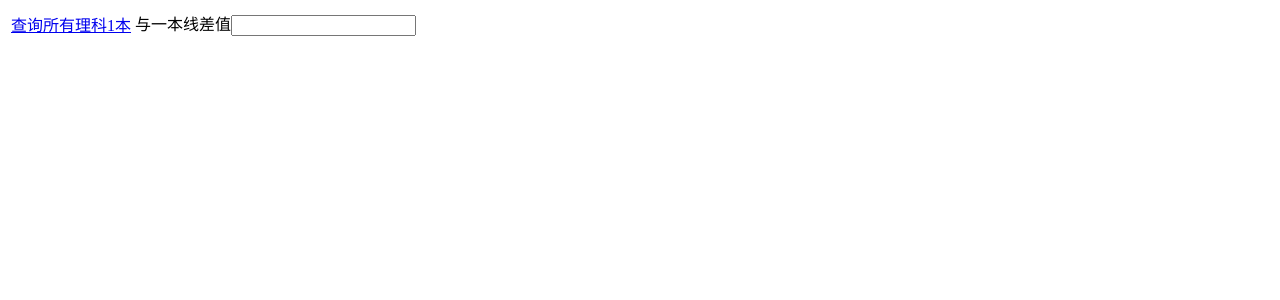
Repository: ClearLove007/Zhiyuan
Page: http://localhost/Zhiyuan/home.jsp
These files come from the project's save history. The page is drawn as it stood at one moment and after the next save; the edit follows.
The browser window is 1280 px wide. The pictures show the whole page.
The page is served by Tomcat 9. Nobody is signed in. The application's start-up code is not run. Other server files are loaded and not shown.

Above is the page before, as saved 2019-06-10 14:54:12.

### Zhiyuan/WebContent/home.jsp
<?xml version="1.0" encoding="utf-8" ?>
<%@ page language="java" contentType="text/html; charset=utf-8"
	pageEncoding="utf-8"%>
<!DOCTYPE html PUBLIC "-//W3C//DTD XHTML 1.0 Transitional//EN" "http://www.w3.org/TR/xhtml1/DTD/xhtml1-transitional.dtd">
<html xmlns="http://www.w3.org/1999/xhtml"
	xmlns:f="http://java.sun.com/jsf/core"
	xmlns:h="http://java.sun.com/jsf/html">
<head>
<meta http-equiv="Content-Type" content="text/html; charset=utf-8" />
<title>高考志愿查询</title>
</head>

<body>
	<table>
		<tr>
			<td><a href="<%= request.getContextPath()%>/like1/findAll">查询所有理科1本</a></td>
			<td>与一本线差值<input type="text"></input></td>
			<td></td>
		</tr>
	</table>
</body>
</html>

After the next save:
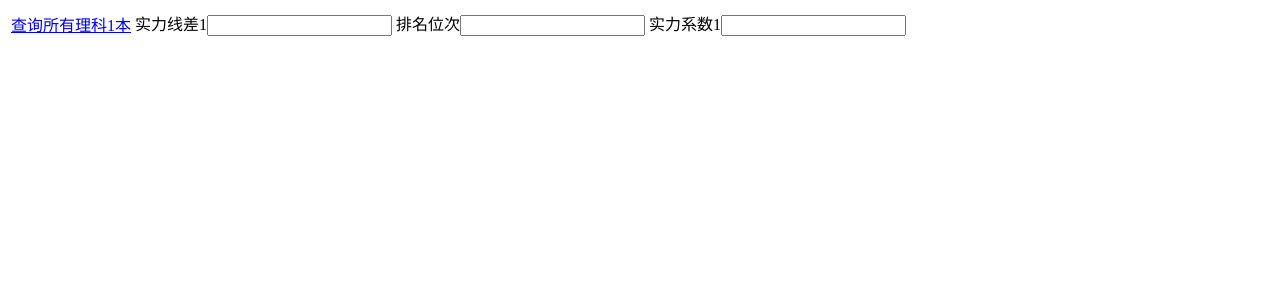
Saved 5 min 4 s later.
--- a/Zhiyuan/WebContent/home.jsp
+++ b/Zhiyuan/WebContent/home.jsp
@@ -14,8 +14,9 @@
 	<table>
 		<tr>
 			<td><a href="<%= request.getContextPath()%>/like1/findAll">查询所有理科1本</a></td>
-			<td>与一本线差值<input type="text"></input></td>
-			<td></td>
+			<td><label>实力线差1</><input type="text"></input></td>
+			<td><label>排名位次</label><input type="text"></input></td>
+			<td><label>实力系数1</label><input type="text"></input></td>
 		</tr>
 	</table>
 </body>
